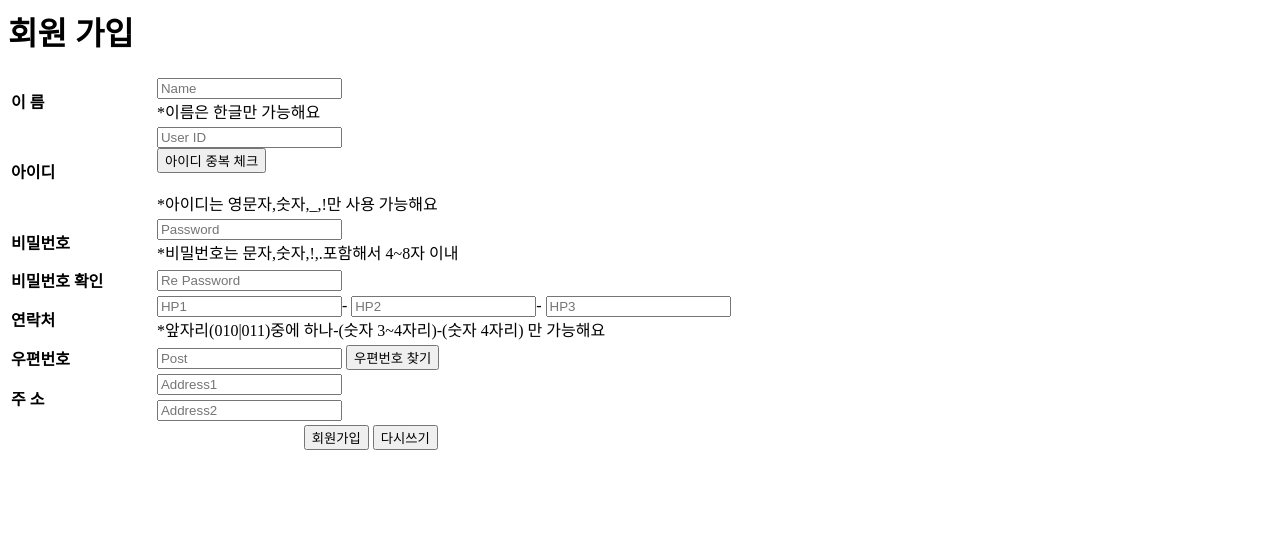
Repository: Jayking0215/myjava
Page: http://localhost/SpringWeb/WEB-INF/views/member/join.jsp
An editor plug-in stored every save of this project. The page is shown before and after the next save, followed by the edit.
The browser window is 1280 px wide. The pictures show the whole page.
The page is served by Tomcat 9. Nobody is signed in. The template is opened directly, without the code that normally fills it, so the values that code supplies are empty.

Above is the page before, as saved 2023-05-03 05:11:53.

After the next save:
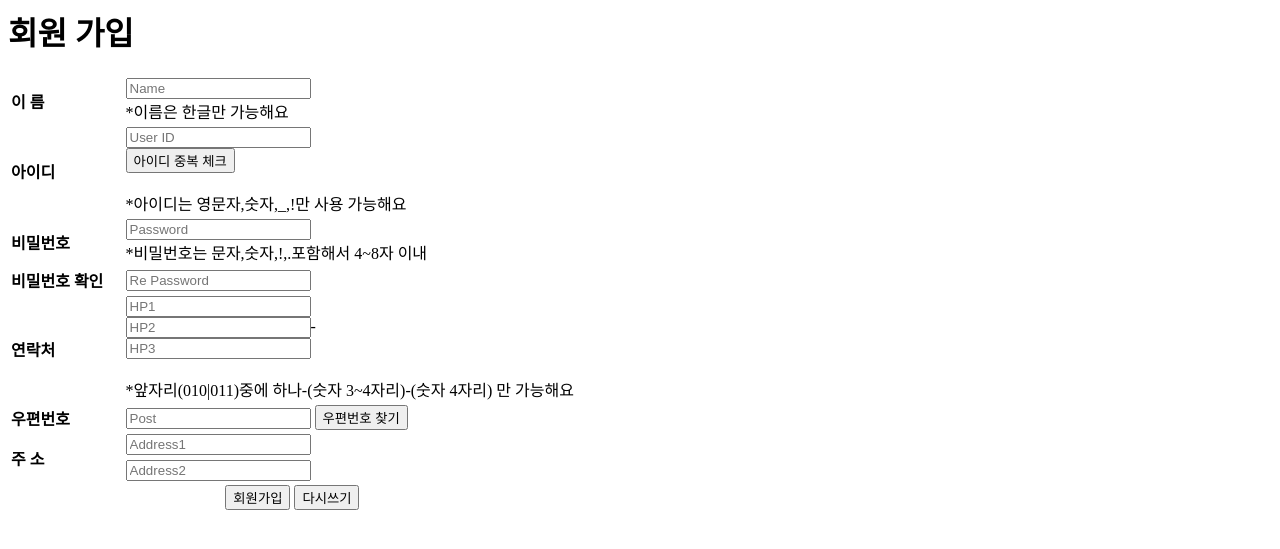
Saved 100 s later.
--- a/SpringWorkspace/SpringWeb/src/main/webapp/WEB-INF/views/member/join.jsp
+++ b/SpringWorkspace/SpringWeb/src/main/webapp/WEB-INF/views/member/join.jsp
@@ -57,9 +57,17 @@
 		<tr>
 			<td width="20%" class="m1"><b>연락처</b></td>
 			<td width="80%" class="m2">
-			<input type="text" name="hp1" id="hp1" placeholder="HP1" maxlength="3">-
-			<input type="text" name="hp2" id="hp2" placeholder="HP2" maxlength="4">-
-			<input type="text" name="hp3" id="hp3" placeholder="HP3" maxlength="4">
+			<div class="row">
+				<div class="col-3">
+					<input type="text" name="hp1" id="hp1" placeholder="HP1" maxlength="3">
+				</div>
+				<div class="col-3">
+				<input type="text" name="hp2" id="hp2" placeholder="HP2" maxlength="4">-
+				</div>
+				<div class="col-3">
+				<input type="text" name="hp3" id="hp3" placeholder="HP3" maxlength="4">
+				</div>
+			</div>
 			<br>
 			<span class="ck">*앞자리(010|011)중에 하나-(숫자 3~4자리)-(숫자 4자리)
 			만 가능해요
